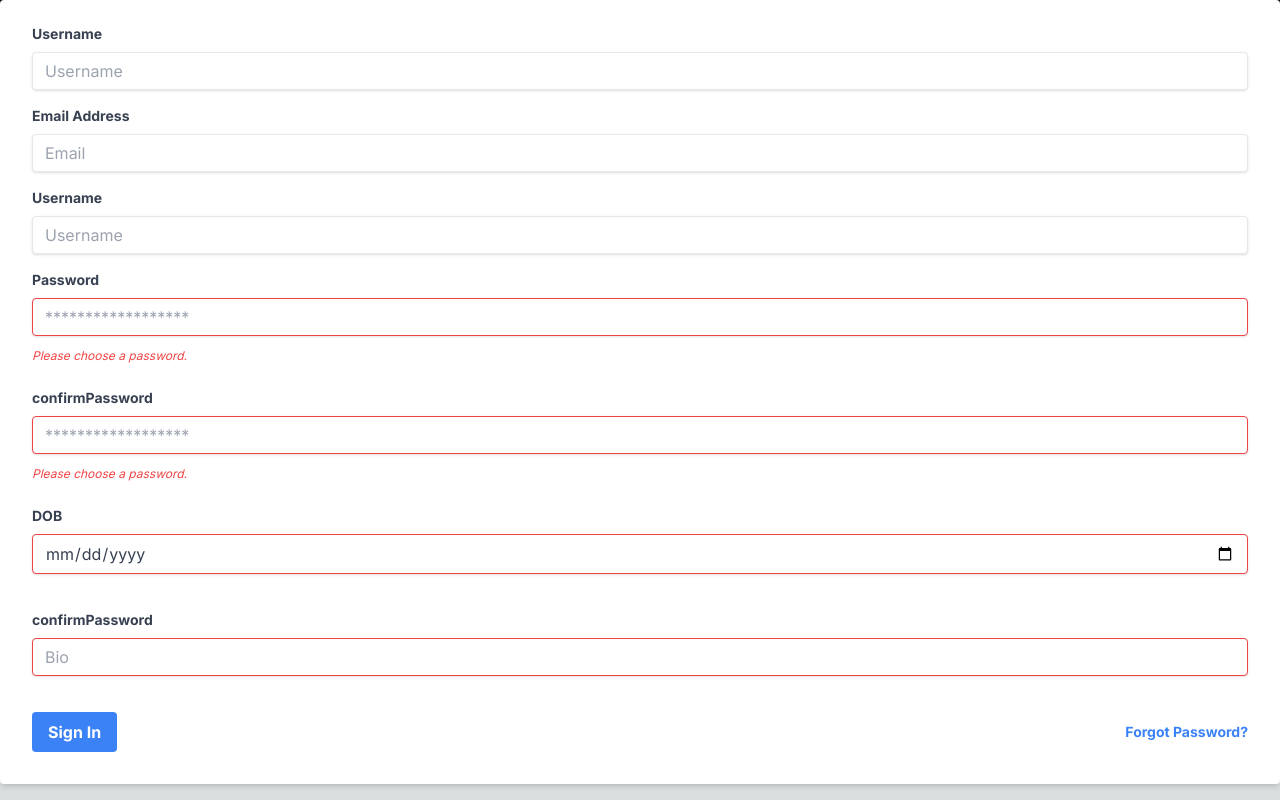
Repository: uh-sman/tiktok-card
Page: /
An editor plug-in stored every save of this project. The page is shown before and after the next save, followed by the edit.
The browser window is 1280 px wide. The pictures show the whole page.
The project was rebuilt for these pictures with package versions that can differ from the ones it lists, and the page was loaded fresh each time. The framework's server and built-in components were replaced by stand-ins that run in the browser. Also part of the build but not shown: next.config.js.

Above is the page before, as saved 2023-12-19 12:10:46.

After the next save:
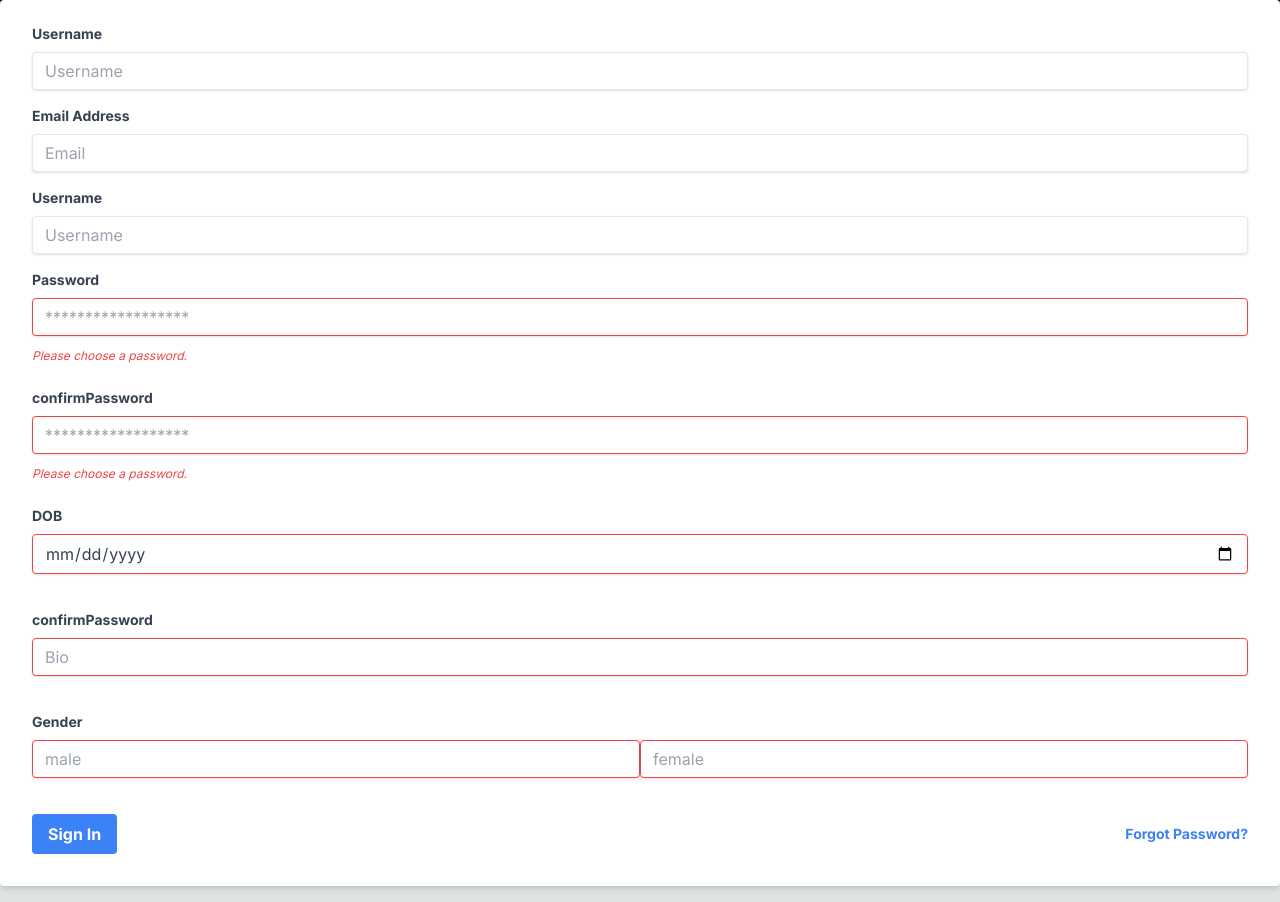
Saved 118 s later.
--- a/app/page.tsx
+++ b/app/page.tsx
@@ -70,6 +70,16 @@ export default function Home() {
       <Input onChange={() => {}} className="shadow appearance-none border border-red-500 rounded w-full py-2 px-3 text-gray-700 mb-3 leading-tight focus:outline-none focus:shadow-outline" id="Bio" type="text" placeholder="Bio" />
       {/* <p className="text-red-500 text-xs italic">Please confirm your password.</p> */}
     </div>
+    <div className="mb-6">
+      <label className="block text-gray-700 text-sm font-bold mb-2" htmlFor="password">
+        Gender
+      </label>
+      <div className="flex">
+      <Input onChange={() => {}} className="shadow appearance-none border border-red-500 rounded w-full py-2 px-3 text-gray-700 mb-3 leading-tight focus:outline-none focus:shadow-outline" id="male" type="text" placeholder="male" />
+      <Input onChange={() => {}} className="shadow appearance-none border border-red-500 rounded w-full py-2 px-3 text-gray-700 mb-3 leading-tight focus:outline-none focus:shadow-outline" id="female" type="text" placeholder="female" />
+      </div>
+      {/* <p className="text-red-500 text-xs italic">Please confirm your password.</p> */}
+    </div>
     <div className="flex items-center justify-between">
       <button className="bg-blue-500 hover:bg-blue-700 text-white font-bold py-2 px-4 rounded focus:outline-none focus:shadow-outline" type="button">
         Sign In
